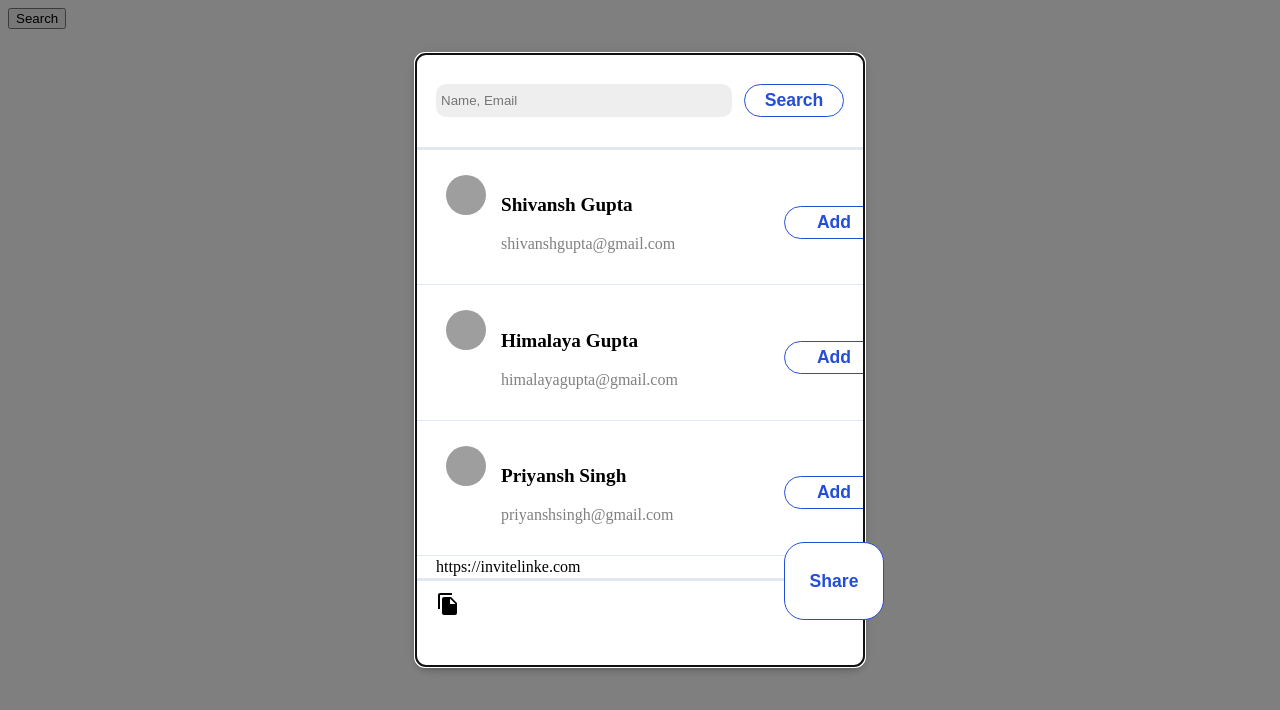
Repository: shiv0403/event-planner
Page: /, after clicking the first element matching `button`
The author's editor kept a copy of each file at every save. The page is drawn from the files as they stood at one save, then again after the next save.
The browser window is 1280 px wide. The pictures show the whole page.
Pictures or frames that could not be fetched are drawn as grey boxes. An inner scrolling area shows only its first screen. The project was rebuilt for these pictures with package versions that can differ from the ones it lists, and the page was loaded fresh each time.

Above is the page before, as saved 2021-07-27 13:11:26.

### src/App.js
import React from "react";
import Modal from "./Components/SearchModal/SearchModal";

function App() {
  return (
    <div className="App">
      <Modal />
    </div>
  );
}

export default App;

### src/Components/SearchModal/SearchModal.js
import React, { useState } from "react";
import { makeStyles } from "@material-ui/core/styles";
import Modal from "@material-ui/core/Modal";
import Backdrop from "@material-ui/core/Backdrop";
import Fade from "@material-ui/core/Fade";
import FileCopyIcon from "@material-ui/icons/FileCopy";

import SearchPerson from "./SearchPerson";

import "./SearchModal.css";

const useStyles = makeStyles((theme) => ({
  modal: {
    display: "flex",
    alignItems: "center",
    justifyContent: "center",
  },
  paper: {
    backgroundColor: theme.palette.background.paper,
    boxShadow: theme.shadows[5],
    // padding: theme.spacing(2, 4, 3),
    width: "35%",
    borderRadius: "10px",
    height: "85%",
  },
}));

export default function TransitionsModal() {
  const classes = useStyles();
  const [open, setOpen] = useState(false);
  const [data, setData] = useState([
    {
      name: "Shivansh Gupta",
      email: "shivanshgupta@gmail.com",
    },
    {
      name: "Himalaya Gupta",
      email: "himalayagupta@gmail.com",
    },
    {
      name: "Priyansh Singh",
      email: "priyanshsingh@gmail.com",
    },
    {
      name: "asdlkfj lskdjf",
      email: "sadlkfj@lskdf.com",
    },

    {
      name: "asdlkfj lskdjf",
      email: "sadlkfj@lskdf.com",
    },
    {
      name: "asdlkfj lskdjf",
      email: "sadlkfj@lskdf.com",
    },
    {
      name: "asdlkfj lskdjf",
      email: "sadlkfj@lskdf.com",
    },
    {
      name: "asdlkfj lskdjf",
      email: "sadlkfj@lskdf.com",
    },
    {
      name: "asdlkfj lskdjf",
      email: "sadlkfj@lskdf.com",
    },
  ]);

  const handleOpen = () => {
    setOpen(true);
  };

  const handleClose = () => {
    setOpen(false);
  };

  return (
    <div>
      <button type="button" onClick={handleOpen}>
        Search
      </button>
      <Modal
        aria-labelledby="transition-modal-title"
        aria-describedby="transition-modal-description"
        className={classes.modal}
        open={open}
        onClose={handleClose}
        closeAfterTransition
        BackdropComponent={Backdrop}
        BackdropProps={{
          timeout: 500,
        }}
      >
        <Fade in={open}>
          <div className={classes.paper}>
            <div className="search__header">
              <input type="text" placeholder="Name, Email" />
              <button type="submit"> Search</button>
            </div>
            <div className="search__body">
              {data.map((person) => (
                <SearchPerson name={person.name} email={person.email} />
              ))}
            </div>
            <div className="search__footer">
              <div className="search__footer__link">
                <p>https://invitelinke.com</p>
                <FileCopyIcon />
              </div>

              <button type="submit">Share</button>
            </div>
          </div>
        </Fade>
      </Modal>
    </div>
  );
}

### src/Components/SearchModal/SearchPerson.js
import React from "react";
import Avatar from "@material-ui/core/Avatar";

import "./SearchPerson.css";

function SearchPerson({ name, email }) {
  return (
    <div className="search__person">
      <div className="sp__details">
        <div className="sp__details__avatar">
          <Avatar alt={name} src="/static/images/avatar/1.jpg" />
        </div>
        <div className="sp__details__cred">
          <h3>{name}</h3>
          <p>{email}</p>
        </div>
      </div>

      <div className="sp__add">
        <button type="submit">Add</button>
      </div>
    </div>
  );
}

export default SearchPerson;

### src/Components/SearchModal/SearchModal.css
.search__header {
  display: flex;
  justify-content: space-between;
  padding: 30px 20px;
  border-bottom: 3px solid #e2e8f0;
}

.search__header > input {
  border-radius: 10px;
  width: 70%;
  padding: 5px;
  margin-right: 10px;
  background-color: #eee;
  outline: none;
  border: 0px;
}

.search__header > button {
  padding: 5px 3px;
  width: 100px;
  border: 1px #244ed8 solid;
  font-size: 1.1rem;
  border-radius: 20px;
  background-color: #fff;
  font-weight: 800;
  color: #244ed8;
}

.search__body {
  overflow-y: auto;
  height: 70%;
  border-bottom: 3px solid #e2e8f0;
}

.search__body::-webkit-scrollbar {
  display: none;
}

.search__footer {
  display: flex;
  justify-content: space-between;
  margin-top: 40px;
  padding: 20px;
  position: absolute;
  bottom: 80px;
  width: 35%;
  /* border-top: 1px solid #e2e8f0; */
}

.search__footer > p {
  background-color: #eee;
  padding: 5px 10px;
  width: 70%;
  border-radius: 10px;
  margin-right: 10px;
}

.search__footer > button {
  padding: 5px 3px;
  width: 100px;
  border: 1px #244ed8 solid;
  font-size: 1.1rem;
  border-radius: 20px;
  background-color: #fff;
  font-weight: 800;
  color: #244ed8;
}

.search__footer > button:hover {
  background-color: RGBA(36, 78, 216, 0.1);
  box-shadow: inset 0 0 0 1.5px #244ed8;
  transition: all 0.3s;
}

### src/Components/SearchModal/SearchPerson.css
.search__person {
  display: flex;
  justify-content: space-between;
  align-items: center;
  padding: 5px 20px;
  width: 100%;
  margin: 10px auto;
}

.search__person:not(:last-child) {
  border-bottom: 1px #e2e8f0 solid;
}

.sp__details {
  display: flex;
  border-radius: 10px;
  width: 95%;
  padding: 10px;
  margin-right: 10px;
}

.sp__details__avatar {
  margin-right: 15px;
}

.sp__details__cred > h3 {
  font-size: 1.2rem;
  font-weight: 800;
}

.sp__details__cred > p {
  font-size: 1rem;
  margin-top: 5px;
  color: gray;
}

.sp__add > button {
  padding: 5px 3px;
  width: 100px;
  border: 1px #244ed8 solid;
  font-size: 1.1rem;
  border-radius: 20px;
  background-color: #fff;
  font-weight: 800;
  color: #244ed8;
}

.sp__add > button:hover {
  background-color: RGBA(36, 78, 216, 0.1);
  box-shadow: inset 0 0 0 1.5px #244ed8;
  transition: all 0.3s;
}

/*
#f7fafc
#2563eb
#414a59
#244ed8 */

Loaded but not shown: public/index.html (common file); src/index.js (common file)

After the next save:
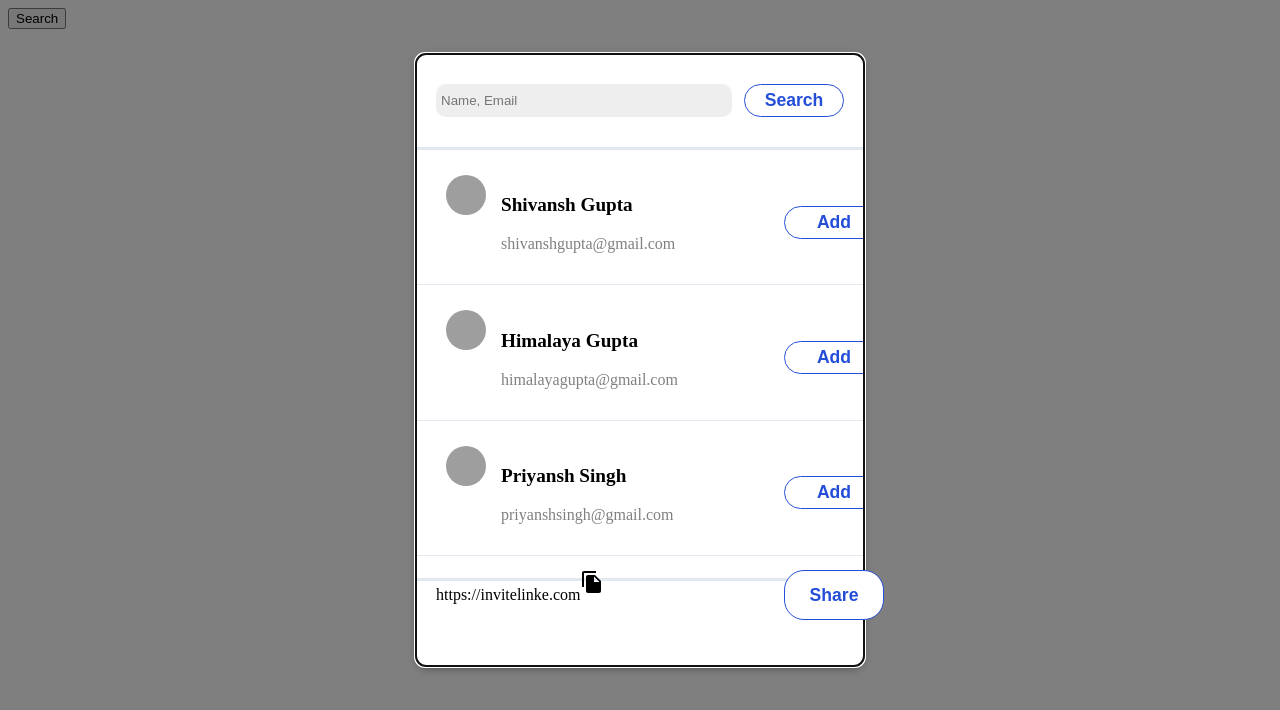
Saved 21 s later.
--- a/src/Components/SearchModal/SearchModal.css
+++ b/src/Components/SearchModal/SearchModal.css
@@ -47,6 +47,10 @@
   /* border-top: 1px solid #e2e8f0; */
 }
 
+.search__footer__link {
+  display: flex;
+}
+
 .search__footer > p {
   background-color: #eee;
   padding: 5px 10px;
